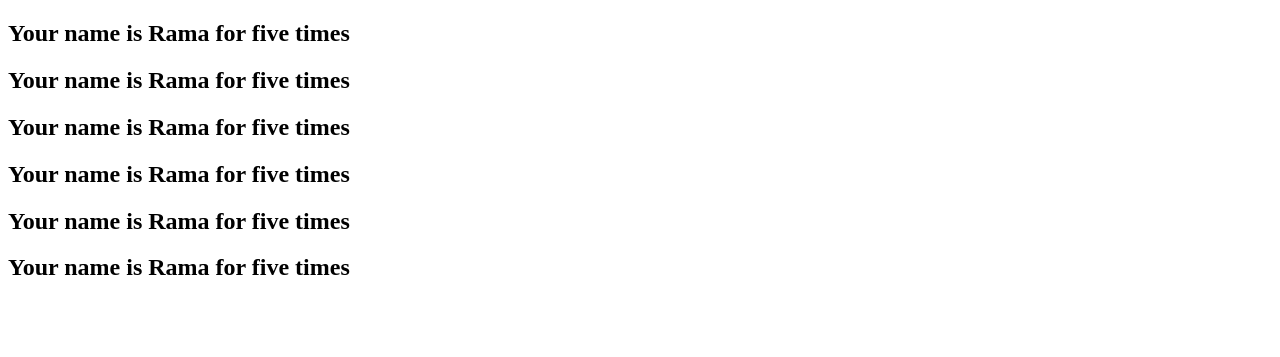
Repository: Rama-13/LaunchPadAllFiles
Page: http://localhost/JSPtrials/MyName.jsp
The author's editor kept a copy of each file at every save. The page is drawn from the files as they stood at one save, then again after the next save.
The browser window is 1280 px wide. The pictures show the whole page.
The page is served by Tomcat 9.

Above is the page before, as saved 2019-07-29 07:46:49.

### java-workspace/JSPtrials/WebContent/MyName.jsp
<%@ page language="java" contentType="text/html; charset=ISO-8859-1"
    pageEncoding="ISO-8859-1"%>
<!DOCTYPE html>
<html>
<head>
<meta charset="ISO-8859-1">
<title>Insert title here</title>
</head>
<body>
<%

int marks =500;
if(marks>10)
{
for(int i=0;i<=5;i++)
{

%>
<h2>Your name is Rama for five times</h2>
<%}
}
else
{%>
	<font color = "aqua">You have failed</font>

<h3>Your marks are<%=marks %></h3>
<%
}
%>

</body>
</html>

After the next save:
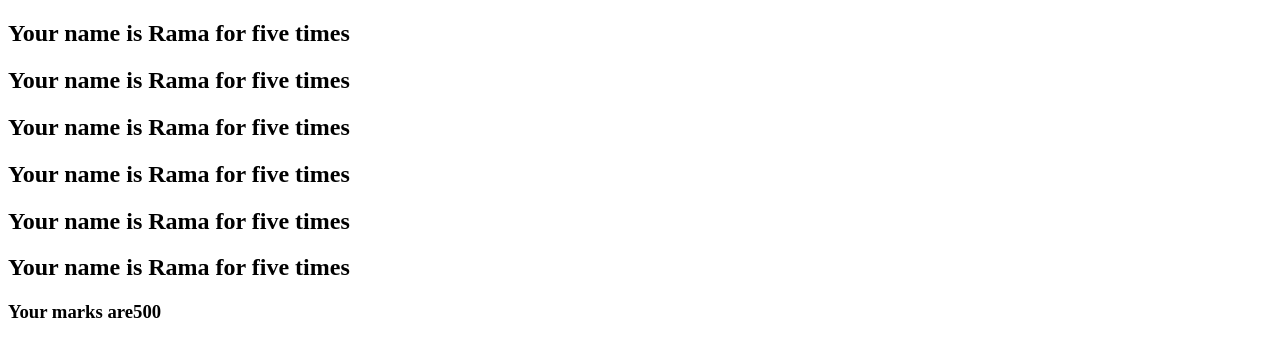
Saved 23 s later.
--- a/java-workspace/JSPtrials/WebContent/MyName.jsp
+++ b/java-workspace/JSPtrials/WebContent/MyName.jsp
@@ -23,10 +23,11 @@ else
 {%>
 	<font color = "aqua">You have failed</font>
 
-<h3>Your marks are<%=marks %></h3>
+
 <%
 }
 %>
+<h3>Your marks are<%=marks %></h3>
 
 </body>
 </html>
